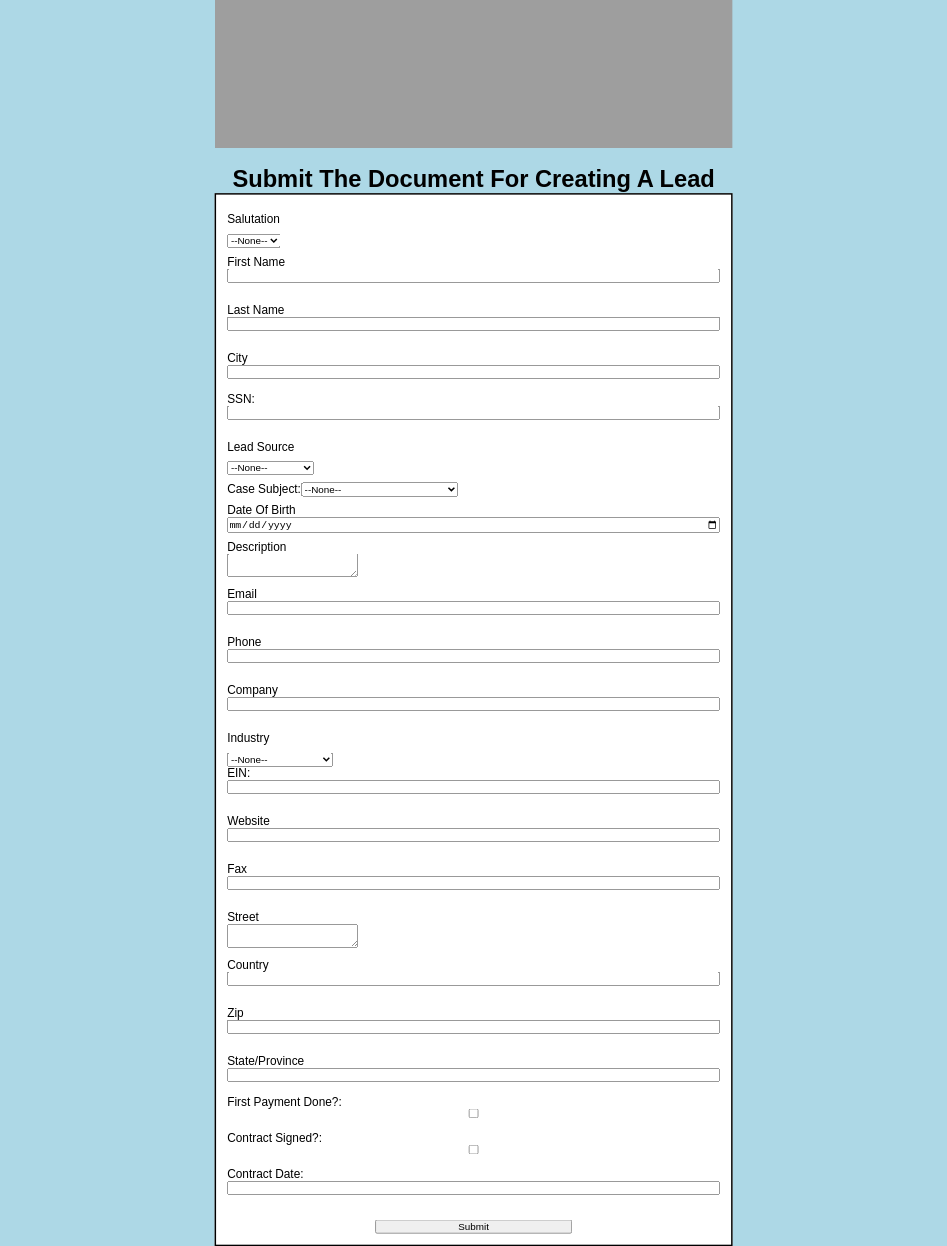
Repository: yaseminvural99/changeForce
Page: index.html
An editor plug-in stored every save of this project. The page is shown before and after the next save, followed by the edit.
The browser window is 1280 px wide. The pictures show the whole page, at 74% of full size.
Pictures or frames that could not be fetched are drawn as grey boxes.

Above is the page before, as saved 2024-04-27 17:26:11.

### index.html
<!DOCTYPE html>
<!--How to Save ScreenShots as JPG on Mac-->
<!--https://www.youtube.com/watch?v=o4CYzVg10yg-->

<html lang="en">
<head>
    <meta charset="UTF-8">
    <meta name="'viewport" content="width=device-width, initial-scale=1.0">
    <title>Document</title>
    <link rel="stylesheet" href="style.css">
    <script>

    </script>
</head>
<body>
    <div class="banner">
        <img src="https://t3.ftcdn.net/jpg/05/75/22/58/360_F_575225818_PQ2ZPHFw51yCcmieutB5bT843nPAPzo3.jpg" alt="Banner Image">
    </div>
    <h1>Submit The Document For Creating A Lead</h1>

<META HTTP-EQUIV="Content-type" CONTENT="text/html; charset=UTF-8">


    <form action="https://test.salesforce.com/servlet/servlet.WebToLead?encoding=UTF-8&orgId=00DU8000000LYuv" onsubmit="beforeSubmit()" method="POST">

    <input type=hidden name="oid" value="00DU8000000LYuv">
    <input type=hidden name="retURL" value="http://">
    <input type="hidden" name="date_of_birth__c" id="Date_of_Birth__c">


    <label for="salutation">Salutation</label><select  id="salutation" name="salutation"><option value="">--None--</option><option value="Mr.">Mr.</option>
    <option value="Ms.">Ms.</option>
    <option value="Mrs.">Mrs.</option>
    <option value="Dr.">Dr.</option>
    <option value="Prof.">Prof.</option>
    <option value="Mx.">Mx.</option>
    </select><br>

    <label for="first_name">First Name</label><input required id="first_name"  name="first_name" size="20" type="text" /><br>

    <label for="last_name">Last Name</label><input  required id="last_name"  name="last_name" size="20" type="text" /><br>

    <label for="city">City</label><input  required  id="city" name="city" size="20" type="text" /><br>

    SSN:<input  id="00NU8000000K5Zp"  name="00NU8000000K5Zp" size="20" type="text" /><br>

    <label for="lead_source">Lead Source</label><select  id="lead_source" name="lead_source"><option value="">--None--</option><option value="Web">Web</option>
    <option value="Phone Inquiry">Phone Inquiry</option>
    <option value="Partner Referral">Partner Referral</option>
    <option value="Purchased List">Purchased List</option>
    <option value="Other">Other</option>
    </select><br>

    Case Subject:<select  id="00NU8000000K5Wb" name="00NU8000000K5Wb" title="Case Subject"><option value="">--None--</option><option value="Affirmative Asylum">Affirmative Asylum</option>
    <option value="AOS Through Asylum">AOS Through Asylum</option>
    <option value="AOS Through Lottery">AOS Through Lottery</option>
    <option value="AOS Through Marriage">AOS Through Marriage</option>
    <option value="Change of Status (B2-F1/J1-F1)">Change of Status (B2-F1/J1-F1)</option>
    <option value="Company Formation">Company Formation</option>
    <option value="Consular Processing (Marriage)">Consular Processing (Marriage)</option>
    <option value="Defensive Asylum (!Non-NTA)">Defensive Asylum (!Non-NTA)</option>
    <option value="Defensive Asylum (Non-NTA)">Defensive Asylum (Non-NTA)</option>
    <option value="Defensive Asylum (NTA)">Defensive Asylum (NTA)</option>
    <option value="E-2 (Change of status)">E-2 (Change of status)</option>
    <option value="E-2 visa">E-2 visa</option>
    <option value="General Immigration">General Immigration</option>
    <option value="I-130 (Marriage)">I-130 (Marriage)</option>
    <option value="I-601A Waiver">I-601A Waiver</option>
    <option value="I-730 (Asylee Relative Petition)">I-730 (Asylee Relative Petition)</option>
    <option value="I-751 (Removing Conditions)">I-751 (Removing Conditions)</option>
    <option value="I-765">I-765</option>
    <option value="J-1 2 Year Rule Waiver">J-1 2 Year Rule Waiver</option>
    <option value="K-1 visa">K-1 visa</option>
    <option value="Mandamus">Mandamus</option>
    <option value="Naturalization">Naturalization</option>
    <option value="Personal Injury">Personal Injury</option>
    <option value="Uncontested Divorce">Uncontested Divorce</option>
    <option value="U visa">U visa</option>
    <option value="VAWA">VAWA</option>
    </select><br>

    <!--Date of Birth:<span class="dateInput dateOnlyInput"><input  id="00NU8000000K5bR" name="00NU8000000K5bR" size="12" type="text" /></span><br>-->
    <label for="date-of-birth"></label>Date Of Birth<input type="date" id="date-of-birth"/>
    <label for="description">Description</label><textarea name="description"></textarea><br>

    <label for="email">Email</label><input required id="email"  name="email" size="20" type="text" /><br>

    <label for="phone">Phone</label><input  id="phone" name="phone" size="20" type="text" /><br>

    <label for="company">Company</label><input  id="company" name="company" size="20" type="text" /><br>

    <label for="industry">Industry</label><select  id="industry" name="industry"><option value="">--None--</option><option value="Agriculture">Agriculture</option>
    <option value="Apparel">Apparel</option>
    <option value="Banking">Banking</option>
    <option value="Biotechnology">Biotechnology</option>
    <option value="Chemicals">Chemicals</option>
    <option value="Communications">Communications</option>
    <option value="Construction">Construction</option>
    <option value="Consulting">Consulting</option>
    <option value="Education">Education</option>
    <option value="Electronics">Electronics</option>
    <option value="Energy">Energy</option>
    <option value="Engineering">Engineering</option>
    <option value="Entertainment">Entertainment</option>
    <option value="Environmental">Environmental</option>
    <option value="Finance">Finance</option>
    <option value="Food &amp; Beverage">Food &amp; Beverage</option>
    <option value="Government">Government</option>
    <option value="Healthcare">Healthcare</option>
    <option value="Hospitality">Hospitality</option>
    <option value="Insurance">Insurance</option>
    <option value="Machinery">Machinery</option>
    <option value="Manufacturing">Manufacturing</option>
    <option value="Media">Media</option>
    <option value="Not For Profit">Not For Profit</option>
    <option value="Recreation">Recreation</option>
    <option value="Retail">Retail</option>
    <option value="Shipping">Shipping</option>
    <option value="Technology">Technology</option>
    <option value="Telecommunications">Telecommunications</option>
    <option value="Transportation">Transportation</option>
    <option value="Utilities">Utilities</option>
    <option value="Other">Other</option>
    </select><br>

    EIN:<input  id="00NU8000000K5YD"  name="00NU8000000K5YD" size="20" type="text" /><br>

    <label for="url">Website</label><input  id="url" name="url" size="20" type="text" /><br>

    <label for="fax">Fax</label><input  id="fax" name="fax" size="20" type="text" /><br>

    <label for="street">Street</label><textarea name="street"></textarea><br>

    <label for="country">Country</label><input  id="country"  name="country" size="20" type="text" /><br>

    <label for="zip">Zip</label><input  id="zip"name="zip" size="20" type="text" /><br>

    <label for="state">State/Province</label><input  id="state"  name="state" size="20" type="text" /><br>

    First Payment Done?:<input  id="00NU8000000K5d3" name="00NU8000000K5d3" type="checkbox" value="1" /><br>

    Contract Signed?:<input  id="00NU8000000K5gH" name="00NU8000000K5gH" type="checkbox" value="1" /><br>

    Contract Date:<span class="dateInput dateOnlyInput"><input  id="00NU8000000K5ef" name="00NU8000000K5ef" size="12" type="text" /></span><br>

    <input type="submit" name="submit">

    </form>
</body>
</html>

### style.css
*{
    margin: 0;
    padding: 0;
    box-sizing: border-box;
}
body {
    background-color: #add8e6; /* Light blue */
    font-family: Arial, sans-serif;
}
h1{
    text-align: center;
    margin-top: 20px;
}
label, input{
    display: block;

}
label{
    margin-top: 10px;
}
input{
    width: 100%;
}
form{
    min-width: 500px;
    max-width: 700px;
    margin: 0 auto;
    border: 2px solid black;
    padding: 15px;
    background-color: #ffffff;
}
select{
    margin-top: 10px;

}
option{
    margin-top: 10px;


}
input[type="submit"]{
    margin: 15px auto 0 auto;
    width: 40%;


}
.banner {
    text-align: center;
    margin-bottom: 20px;
}

.banner img {
    width: 700px;
    height:200px;
}

After the next save:
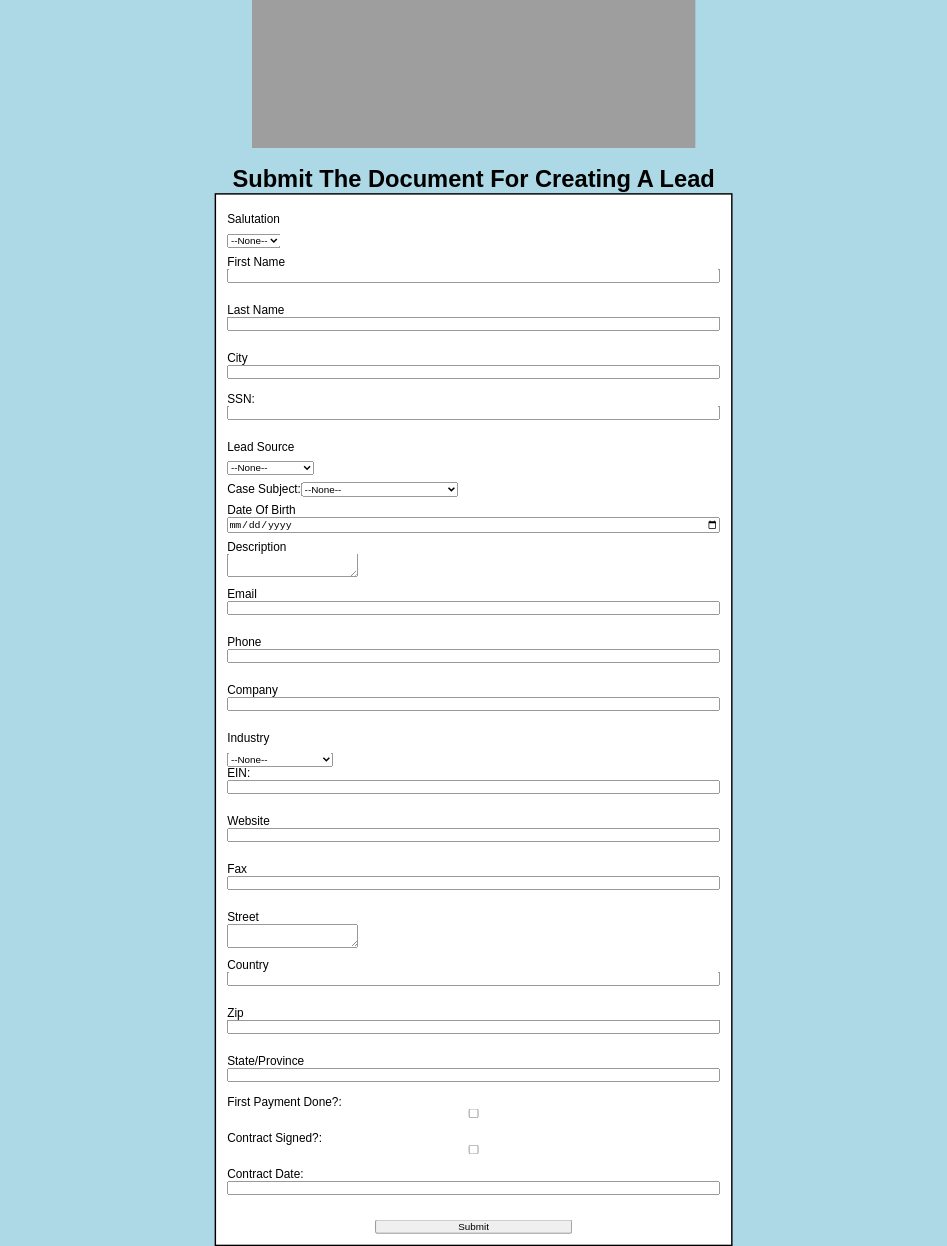
Saved 10 s later.
--- a/style.css
+++ b/style.css
@@ -50,6 +50,6 @@
 }
 
 .banner img {
-    width: 700px;
+    width: 600px;
     height:200px;
 }

After the 4 saves that followed:
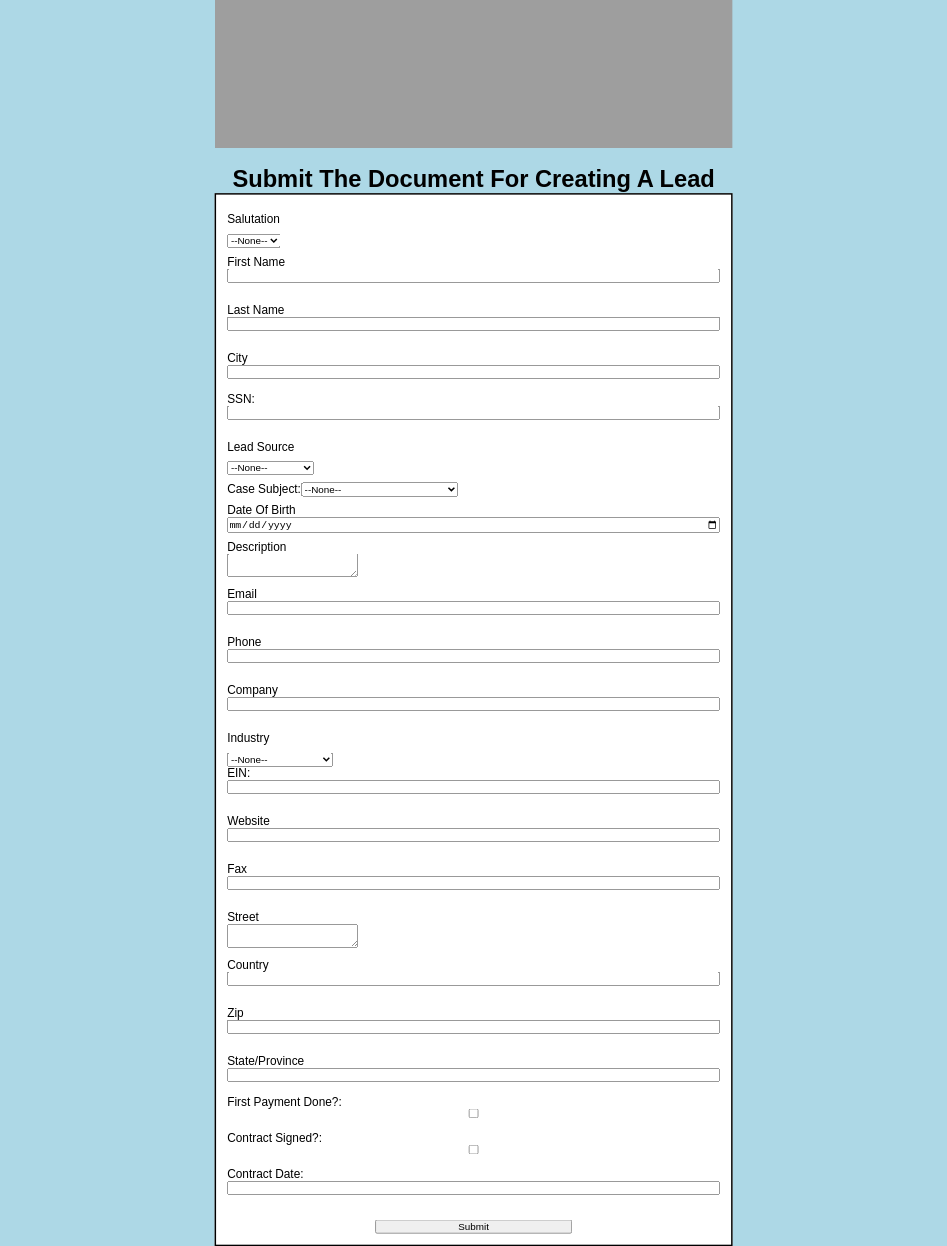
The 4 saves are shown as one change because they came seconds apart.
The last was saved 10 s later.
--- a/style.css
+++ b/style.css
@@ -50,6 +50,6 @@
 }
 
 .banner img {
-    width: 600px;
+    width: 700px;
     height:200px;
 }
